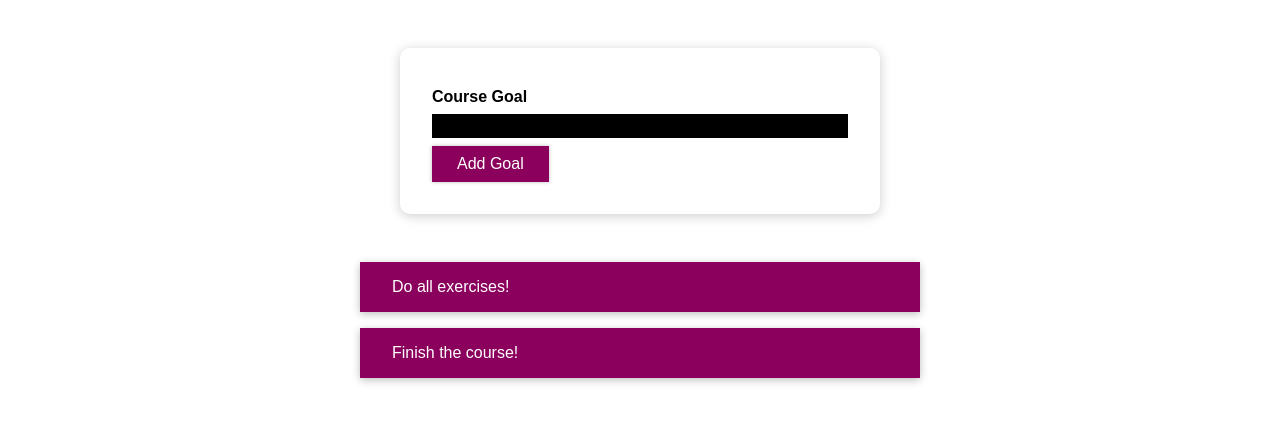
Repository: Wakkaba/PracticeProject
Page: /
These files come from the project's save history. The page is drawn as it stood at one moment and after the next save; the edit follows.
The browser window is 1280 px wide. The pictures show the whole page.
The project was rebuilt for these pictures with package versions that can differ from the ones it lists, and the page was loaded fresh each time.

Above is the page before, as saved 2021-10-21 18:09:58.

### src/components/CourseGoals/CourseInput/CourseInput.js
import React, { useState } from 'react';

import Button from '../../UI/Button/Button';
import './CourseInput.css';

const CourseInput = props => {
  const [enteredValue, setEnteredValue] = useState('');
  const [isValid, setIsValid] = useState(true);

  const goalInputChangeHandler = event => {
    setEnteredValue(event.target.value);
  };

  const formSubmitHandler = event => {
    event.preventDefault();
    if (enteredValue.trim().length === 0) {
      setIsValid(false)
      return;
    }
    props.onAddGoal(enteredValue);
  };

  return (
    <form onSubmit={formSubmitHandler}>
      <div className="form-control">
        <label style={{color: !isValid ? 'red' : 'black'}}>Course Goal</label>
        <input type="text" style={{border: !isValid ? 'red' : 'black', background: !isValid ? 'red' : 'black'}} onChange={goalInputChangeHandler} />
      </div>
      <Button type="submit">Add Goal</Button>
    </form>
  );
};

export default CourseInput;

Loaded but not shown: public/index.html (common file); src/index.js (common file); src/index.css (common file); src/App.js (common file); src/components/CourseGoals/CourseGoalList/CourseGoalList.js (common file); src/App.css (common file); src/components/CourseGoals/CourseGoalItem/CourseGoalItem.js (common file); src/components/CourseGoals/CourseGoalList/CourseGoalList.css (common file); src/components/UI/Button/Button.js (common file); src/components/CourseGoals/CourseInput/CourseInput.css (common file); src/components/CourseGoals/CourseGoalItem/CourseGoalItem.css (common file); src/components/UI/Button/Button.css (common file)

After the next save:
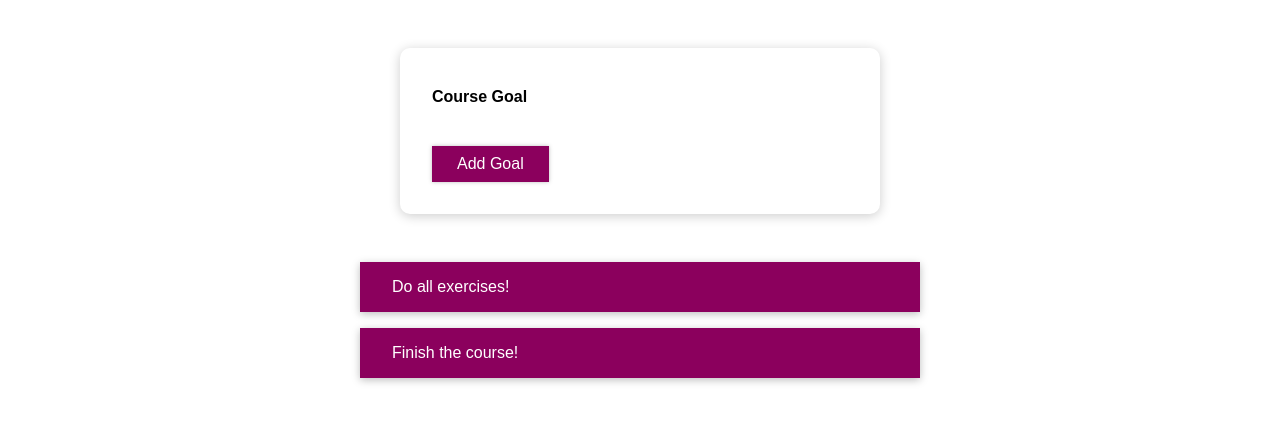
Saved 23 s later.
--- a/src/components/CourseGoals/CourseInput/CourseInput.js
+++ b/src/components/CourseGoals/CourseInput/CourseInput.js
@@ -24,7 +24,7 @@ const CourseInput = props => {
     <form onSubmit={formSubmitHandler}>
       <div className="form-control">
         <label style={{color: !isValid ? 'red' : 'black'}}>Course Goal</label>
-        <input type="text" style={{border: !isValid ? 'red' : 'black', background: !isValid ? 'red' : 'black'}} onChange={goalInputChangeHandler} />
+        <input type="text" style={{border: !isValid ? 'red' : 'black', background: !isValid ? 'red' : null}} onChange={goalInputChangeHandler} />
       </div>
       <Button type="submit">Add Goal</Button>
     </form>
